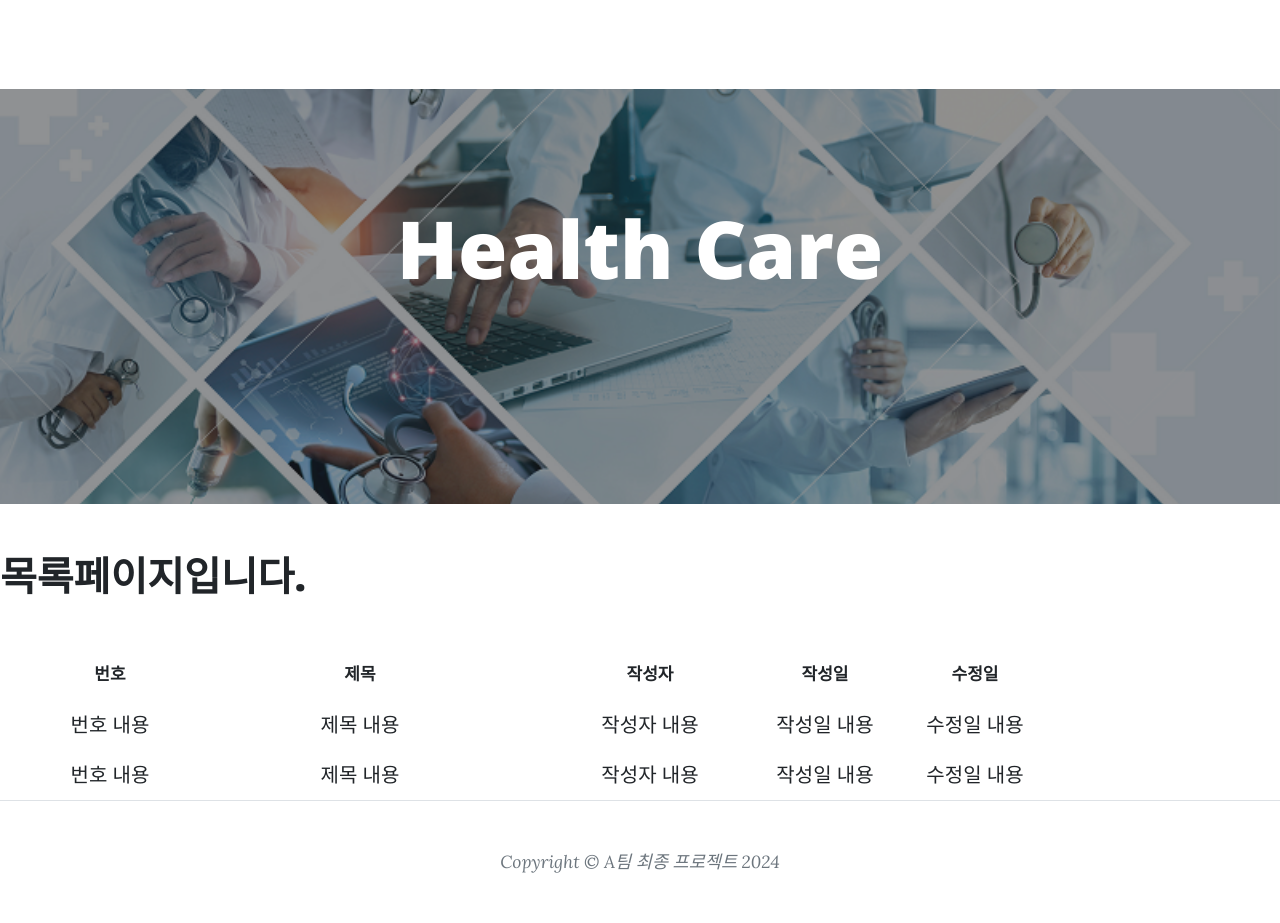
Repository: honsb91/project
Page: http://localhost/hospital/admin/notice.jsp
The author's editor kept a copy of each file at every save. The page is drawn from the files as they stood at one save, then again after the next save.
The browser window is 1280 px wide. The pictures show the whole page.
Some web libraries are served in a nearby version. The page is served by Tomcat 9. Nobody is signed in. The application's start-up code is not run. Other server files are loaded and not shown. The template is opened directly, without the code that normally fills it, so the values that code supplies are empty.

Above is the page before, as saved 2024-02-05 03:27:53.

### hospital/src/main/webapp/admin/notice.jsp
<%@ page language="java" contentType="text/html; charset=UTF-8"
    pageEncoding="UTF-8"%>
    <%@ taglib uri="http://java.sun.com/jsp/jstl/core" prefix="c" %>
<!DOCTYPE html>
<html>
<head>
<meta charset="UTF-8">
<title>Insert title here</title>
<script
  src="https://code.jquery.com/jquery-3.4.1.js"
  integrity="sha256-WpOohJOqMqqyKL9FccASB9O0KwACQJpFTUBLTYOVvVU="
  crossorigin="anonymous"></script>
  <style>
  a{
  	text-decoration : none;
  }
  table{
 	border-collapse: collapse;
 	width: 1000px;
 	margin-top : 20px;
 	text-align: center;
  }
  td, th{
  	border : 1px solid black;
  	height: 50px;
  }
  th{
  	font-size : 17px;
  }
  thead{
  	font-weight: 700;
  }
  .table_wrap{
  	margin : 50px 0 0 50px;
  }
  .bno_width{
  	width: 12%;
  }
  .writer_width{
  	width: 20%;
  }
  .regdate_width{
  	width: 15%;
  }
  .updatedate_width{
  	width: 15%;
  }
  .top_btn{
  	font-size: 20px;
    padding: 6px 12px;
    background-color: #fff;
    border: 1px solid #ddd;
    font-weight: 600;
  }
  </style>
</head>
<%@ include file="/include/header.jsp"%>
<body>
<h1>목록페이지입니다.</h1>

<div class="table_wrap">
<c:if test="${not empty admin}">
	<a href="/admin/notice_registr.jsp" class="top_btn">게시판 등록</a>
	</c:if>
	<table>
		<thead>
			<tr>
				<th class="bno_width">번호</th>
				<th class="title_width">제목</th>
				<th class="writer_width">작성자</th>
				<th class="regdate_width">작성일</th>
				<th class="updatedate_width">수정일</th>
			</tr>
		</thead>
			<tr>
				<td>번호 내용</td>
				<td>제목 내용</td>
				<td>작성자 내용</td>
				<td>작성일 내용</td>
				<td>수정일 내용</td>
			</tr>
			<tr>
				<td>번호 내용</td>
				<td>제목 내용</td>
				<td>작성자 내용</td>
				<td>작성일 내용</td>
				<td>수정일 내용</td>
			</tr>
	</table>
</div>

<script>
$(document).ready(function(){

	let result = '<c:out value="${result}"/>';

	checkAlert(result);

	function checkAlert(result){

		if(result === ''){
			return;
		}

		if(result === "enrol success"){
			alert("등록이 완료되었습니다.");
		}

	}

});
</script>

</body>
<%@ include file="/include/footer.jsp"%>
</html>

### hospital/src/main/webapp/include/header.jsp
<%@ page language="java" contentType="text/html; charset=UTF-8"
	pageEncoding="UTF-8"%>
<%@ taglib prefix="c" uri="http://java.sun.com/jsp/jstl/core"%>
<meta charset="UTF-8">
<title>Insert title here</title>
<head>
<meta charset="utf-8" />
<meta name="viewport" content="width=device-width, initial-scale=1, shrink-to-fit=no" />
<meta name="description" content="" />
<meta name="author" content="" />
<link rel="icon" type="image/x-icon" href="/resources/assets/favicon.ico" />
<!-- Font Awesome icons (free version)-->
<script src="https://use.fontawesome.com/releases/v6.3.0/js/all.js" crossorigin="anonymous"></script>
<!-- Google fonts-->
<link href="https://fonts.googleapis.com/css?family=Lora:400,700,400italic,700italic" rel="stylesheet" type="text/css" />
<link href="https://fonts.googleapis.com/css?family=Open+Sans:300italic,400italic,600italic,700italic,800italic,400,300,600,700,800"
	rel="stylesheet" type="text/css" />
<!-- Core theme CSS (includes Bootstrap)-->
<link href="/resources/css/styles.css" rel="stylesheet" />
</head>
<body>
	<!-- Navigation-->
	<nav class="navbar navbar-expand-lg navbar-light" id="mainNav">
		<div class="container px-4 px-lg-5">
			<a class="navbar-brand" href="/main">Health Care</a>
			<button class="navbar-toggler" type="button"
				data-bs-toggle="collapse" data-bs-target="#navbarResponsive"
				aria-controls="navbarResponsive" aria-expanded="false"
				aria-label="Toggle navigation">
				Menu <i class="fas fa-bars"></i>
			</button>
			<div class="collapse navbar-collapse" id="navbarResponsive">
				<ul class="navbar-nav ms-auto py-4 py-lg-0 ">
    				<li class="nav-item"><a class="nav-link px-lg-3 py-3 py-lg-4" href="/main">Home</a></li>
    				<!-- 관리자로 로그인시 faq 와 공지사항은 안보이게 처리-->
    				<c:if test="${empty admin}">
    					<li class="nav-item"><a class="nav-link px-lg-3 py-3 py-lg-4" href="/board/faq.jsp">FAQ</a></li>
    					<li class="nav-item"><a class="nav-link px-lg-3 py-3 py-lg-4" href="/board/notice.jsp">공지사항</a></li>
    				</c:if>

    				<c:if test="${empty patient and empty admin}">
        			<!-- 로그인 안 된 경우 -->
        				<li class="nav-item"><a class="nav-link px-lg-3 py-3 py-lg-4" href="/member/login.jsp">로그인</a></li>
        				<li class="nav-item"><a class="nav-link px-lg-3 py-3 py-lg-4" href="/admin/login.jsp">관리자 로그인</a></li>
        				<li class="nav-item"><a class="nav-link px-lg-3 py-3 py-lg-4" href="/member/join.jsp">회원가입</a></li>
    				</c:if>

    				<c:if test="${not empty patient}">
        			<!-- 일반 회원으로 로그인된 경우 -->
        				<li class="nav-item"><a class="nav-link px-lg-3 py-3 py-lg-4" href="/member/logout">로그아웃</a></li>
    				</c:if>

    				<c:if test="${not empty admin}">
        			<!-- 관리자로 로그인된 경우 -->
        				<li class="nav-item"><a class="nav-link px-lg-3 py-3 py-lg-4" href="/admin/patient.jsp">환자정보 관리</a></li>
        				<li class="nav-item"><a class="nav-link px-lg-3 py-3 py-lg-4" href="/admin/faq.jsp">FAQ 관리</a></li>
        				<li class="nav-item"><a class="nav-link px-lg-3 py-3 py-lg-4" href="/admin/notice.jsp">공지사항 관리</a></li>
        				<li class="nav-item"><a class="nav-link px-lg-3 py-3 py-lg-4" href="/admin/logout">로그아웃</a></li>
    				</c:if>
				</ul>
			</div>
		</div>
	</nav>
	<!-- Page Header-->
	<header class="masthead" style="background-image: url('/resources/assets/img/test4.png')">
		<div class="container position-relative px-4 px-lg-5">
			<div class="row gx-4 gx-lg-5 justify-content-center">
				<div class="col-md-10 col-lg-8 col-xl-7">
					<div class="site-heading">
						<h1>Health Care</h1>
					</div>
				</div>
			</div>
		</div>
	</header>

### hospital/src/main/webapp/include/footer.jsp
<%@ page language="java" contentType="text/html; charset=UTF-8"
    pageEncoding="UTF-8"%>
<!DOCTYPE html>
<html>
<head>
<meta charset="UTF-8">
<title>Insert title here</title>
</head>
<body>
<footer class="border-top">
		<div class="container px-4 px-lg-5">
			<div class="row gx-4 gx-lg-5 justify-content-center">
				<div class="col-md-10 col-lg-8 col-xl-7">
					<div class="small text-center text-muted fst-italic">Copyright
						&copy; A팀 최종 프로젝트 2024</div>
				</div>
			</div>
		</div>
	</footer>
	<!-- Bootstrap core JS-->
	<script
		src="https://cdn.jsdelivr.net/npm/bootstrap@5.2.3/dist/js/bootstrap.bundle.min.js"></script>
	<!-- Core theme JS-->
	<script src="js/scripts.js"></script>
</body>
</html>

### hospital/src/main/webapp/resources/js/scripts.js
/*!
* Start Bootstrap - Clean Blog v6.0.9 (https://startbootstrap.com/theme/clean-blog)
* Copyright 2013-2023 Start Bootstrap
* Licensed under MIT (https://github.com/StartBootstrap/startbootstrap-clean-blog/blob/master/LICENSE)
*/
window.addEventListener('DOMContentLoaded', () => {
    let scrollPos = 0;
    const mainNav = document.getElementById('mainNav');
    const headerHeight = mainNav.clientHeight;
    window.addEventListener('scroll', function() {
        const currentTop = document.body.getBoundingClientRect().top * -1;
        if ( currentTop < scrollPos) {
            // Scrolling Up
            if (currentTop > 0 && mainNav.classList.contains('is-fixed')) {
                mainNav.classList.add('is-visible');
            } else {
                console.log(123);
                mainNav.classList.remove('is-visible', 'is-fixed');
            }
        } else {
            // Scrolling Down
            mainNav.classList.remove(['is-visible']);
            if (currentTop > headerHeight && !mainNav.classList.contains('is-fixed')) {
                mainNav.classList.add('is-fixed');
            }
        }
        scrollPos = currentTop;
    });
})

Loaded but not shown: hospital/src/main/webapp/resources/css/styles.css (library)

After the next save:
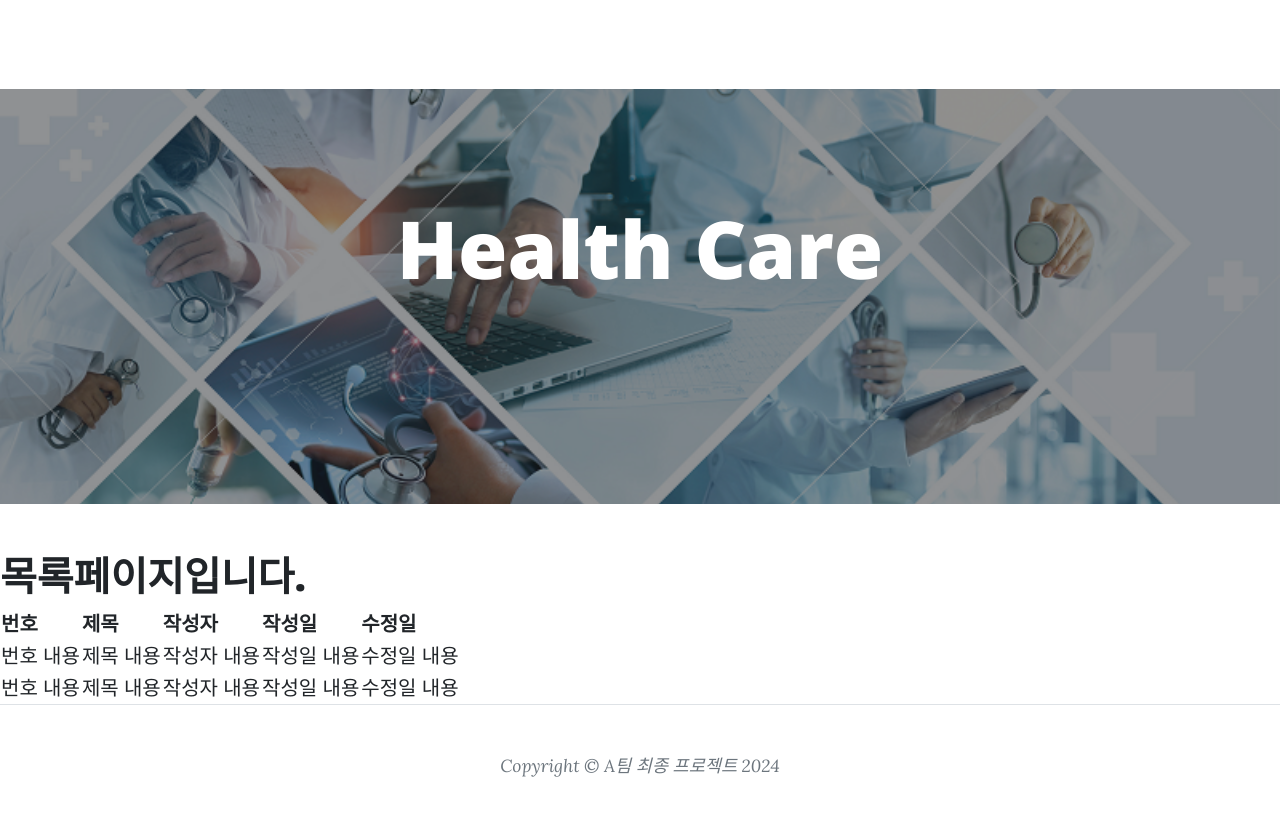
Saved 62 s later.
--- a/hospital/src/main/webapp/admin/notice.jsp
+++ b/hospital/src/main/webapp/admin/notice.jsp
@@ -10,49 +10,6 @@
   src="https://code.jquery.com/jquery-3.4.1.js"
   integrity="sha256-WpOohJOqMqqyKL9FccASB9O0KwACQJpFTUBLTYOVvVU="
   crossorigin="anonymous"></script>
-  <style>
-  a{
-  	text-decoration : none;
-  }
-  table{
- 	border-collapse: collapse;
- 	width: 1000px;
- 	margin-top : 20px;
- 	text-align: center;
-  }
-  td, th{
-  	border : 1px solid black;
-  	height: 50px;
-  }
-  th{
-  	font-size : 17px;
-  }
-  thead{
-  	font-weight: 700;
-  }
-  .table_wrap{
-  	margin : 50px 0 0 50px;
-  }
-  .bno_width{
-  	width: 12%;
-  }
-  .writer_width{
-  	width: 20%;
-  }
-  .regdate_width{
-  	width: 15%;
-  }
-  .updatedate_width{
-  	width: 15%;
-  }
-  .top_btn{
-  	font-size: 20px;
-    padding: 6px 12px;
-    background-color: #fff;
-    border: 1px solid #ddd;
-    font-weight: 600;
-  }
-  </style>
 </head>
 <%@ include file="/include/header.jsp"%>
 <body>

After the save that followed:
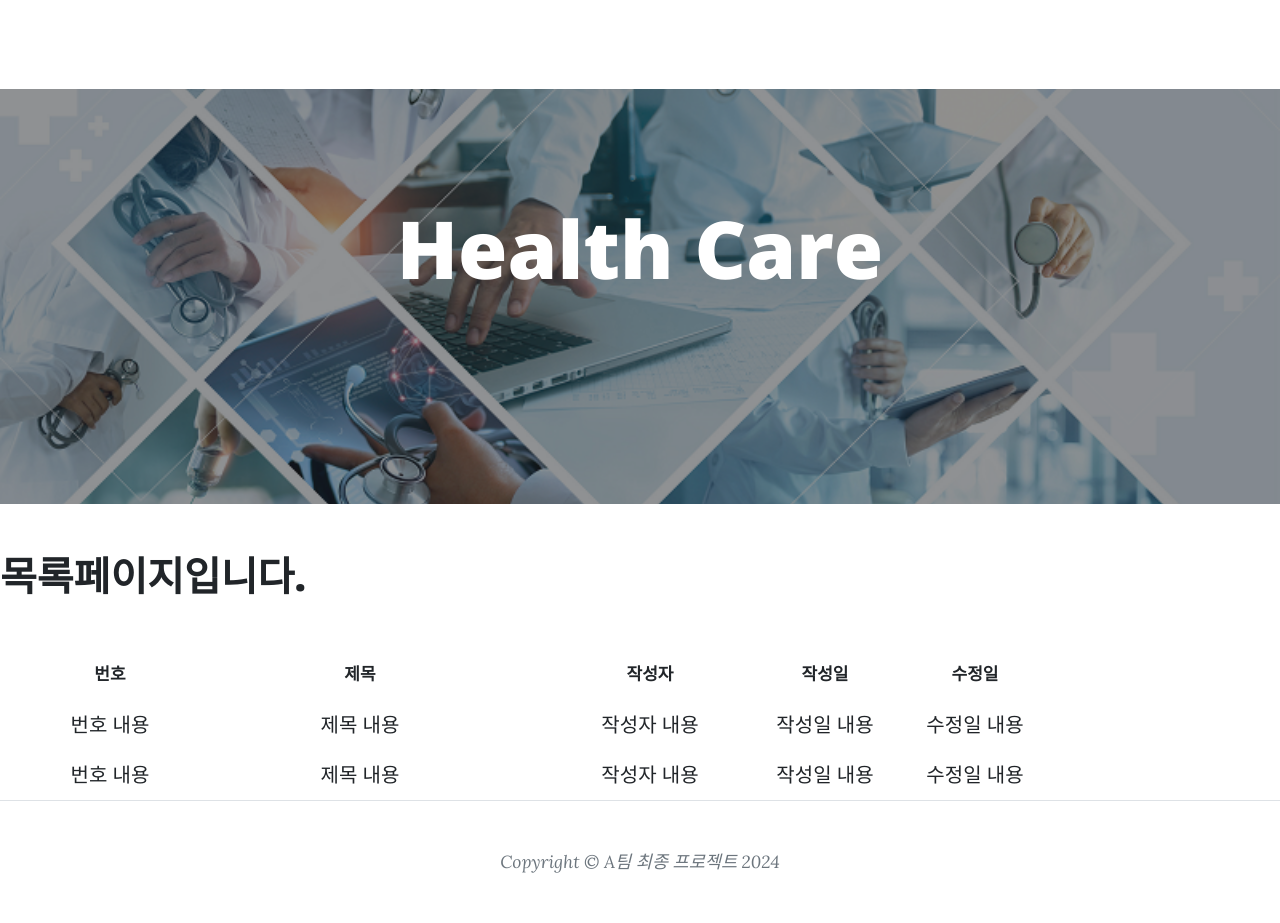
Saved 8 s later.
--- a/hospital/src/main/webapp/admin/notice.jsp
+++ b/hospital/src/main/webapp/admin/notice.jsp
@@ -10,6 +10,49 @@
   src="https://code.jquery.com/jquery-3.4.1.js"
   integrity="sha256-WpOohJOqMqqyKL9FccASB9O0KwACQJpFTUBLTYOVvVU="
   crossorigin="anonymous"></script>
+  <style>
+  a{
+  	text-decoration : none;
+  }
+  table{
+ 	border-collapse: collapse;
+ 	width: 1000px;
+ 	margin-top : 20px;
+ 	text-align: center;
+  }
+  td, th{
+  	border : 1px solid black;
+  	height: 50px;
+  }
+  th{
+  	font-size : 17px;
+  }
+  thead{
+  	font-weight: 700;
+  }
+  .table_wrap{
+  	margin : 50px 0 0 50px;
+  }
+  .bno_width{
+  	width: 12%;
+  }
+  .writer_width{
+  	width: 20%;
+  }
+  .regdate_width{
+  	width: 15%;
+  }
+  .updatedate_width{
+  	width: 15%;
+  }
+  .top_btn{
+  	font-size: 20px;
+    padding: 6px 12px;
+    background-color: #fff;
+    border: 1px solid #ddd;
+    font-weight: 600;
+  }
+  </style>
 </head>
 <%@ include file="/include/header.jsp"%>
 <body>
